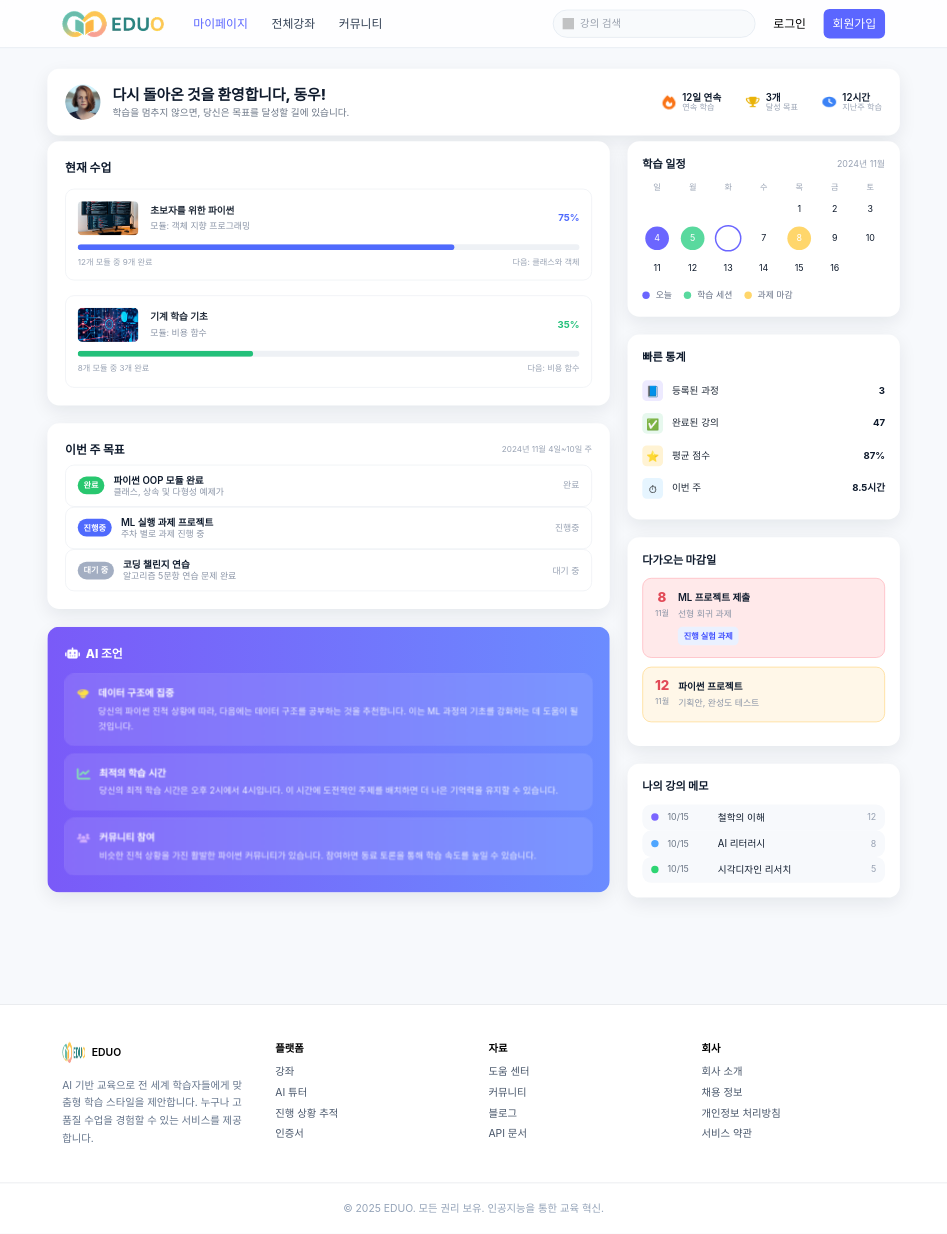
Repository: Iimchaehoon/eduoproject
Page: /mypage (app in client/)
These files come from the project's save history. The page is drawn as it stood at one moment and after the next save; the edit follows.
The browser window is 1280 px wide. The pictures show the whole page, at 74% of full size.
Pictures or frames that could not be fetched are drawn as grey boxes. The project was rebuilt for these pictures with package versions that can differ from the ones it lists, and the page was loaded fresh each time. Also part of the build but not shown: client/vite.config.js, client/src/shared/CourseCard.jsx, client/src/pages/Home.jsx, client/src/pages/Search.jsx, client/src/components/SideChatTabs.jsx, client/src/pages/Course.jsx, client/src/pages/CourseEval.jsx, client/src/pages/Login.jsx and 2 more.

Above is the page before, as saved 2025-10-17 02:02:54.

### client/index.html
<!doctype html>
<html lang="ko">
  <head>
    <meta charset="UTF-8" />
    <meta name="viewport" content="width=device-width, initial-scale=1.0" />
    <title>EDUO</title>
    <link rel="icon" type="image/png" href="/img/main_logo.png" />
    <style>:root{scroll-behavior:smooth}</style>
  </head>
  <body class="bg-skin-base">
    <div id="root"></div>
    <!-- ✅ 절대 한 번만! -->
    <script type="module" src="/src/main.jsx"></script>
  </body>
</html>

### client/src/main.jsx
import { createRoot } from "react-dom/client";
import { createBrowserRouter, RouterProvider } from "react-router-dom";
import App from "./pages/App.jsx";
import Home from "./pages/Home.jsx";
import Search from "./pages/Search.jsx";
import Course from "./pages/Course.jsx";
import CourseEval from "./pages/CourseEval.jsx";
import Login from "./pages/Login.jsx";
import Register from "./pages/Register.jsx";
import MyPage from "./pages/MyPage.jsx";
import Community from "./pages/Community.jsx";
import "./styles/index.css"; // 있으면 유지

const router = createBrowserRouter([
  {
    path: "/",
    element: <App />,
    children: [
      { index: true, element: <Home /> },
      { path: "search", element: <Search /> },
      { path: "course/:slug", element: <Course /> },
      { path: "course/:slug/eval", element: <CourseEval /> }, // ← 404 원인 해결
      { path: "login", element: <Login /> },
      { path: "register", element: <Register /> },
      { path: "mypage", element: <MyPage /> },
      { path: "community", element: <Community /> },
    ],
  },
]);

createRoot(document.getElementById("root")).render(<RouterProvider router={router} />);

### client/src/pages/App.jsx
import { Outlet, useLocation } from "react-router-dom";
import Navbar from "../components/Navbar.jsx";
import Footer from "../components/Footer.jsx";

export default function App() {
  const loc = useLocation();
  return (
    <div className="min-h-screen flex flex-col bg-[#F7F9FC]">
      <Navbar />
      <main className="flex-1"><Outlet key={loc.key} /></main>
      <Footer />
    </div>
  );
}

### client/src/pages/MyPage.jsx
import React from "react";

/** 공통 카드 */
const Card = ({ className = "", children }) => (
  <div
    className={
      "rounded-2xl bg-white shadow-[0_8px_24px_rgba(16,24,40,.08)] " + className
    }
  >
    {children}
  </div>
);

/** 얇은 진행바 */
const Bar = ({ pct, color = "#4F6AFD" }) => (
  <div className="h-[8px] w-full overflow-hidden rounded-full bg-[#EEF1F5]">
    <div
      className="h-full rounded-full"
      style={{ width: pct + "%", background: color }}
    />
  </div>
);

export default function MyPage() {
  return (
    <div className="bg-[#F7F9FC]">
      {/* 상단 환영 영역 */}
      <section className="max-w-[1200px] mx-auto px-6 pt-7 pb-2">
        <Card className="px-6 py-5">
          <div className="flex items-center justify-between">
            {/* 좌측: 인사 */}
            <div className="flex items-center gap-4">
              <img
                src="/img/my_img.png"
                className="h-12 w-12 rounded-full object-cover"
                alt="profile"
              />
              <div>
                <h1 className="text-[20px] font-extrabold text-[#0F1B2D]">
                  다시 돌아온 것을 환영합니다, 동우!
                </h1>
                <p className="text-[13px] text-[#6B7686]">
                  학습을 멈추지 않으면, 당신은 목표를 달성할 길에 있습니다.
                </p>
              </div>
            </div>

            {/* 우측: 3개 작은 지표 */}
            <div className="hidden md:flex items-center gap-8">
              <SmallStat
                icon="/img/fire.png"
                label="12일 연속"
                sub="연속 학습"
              />
              <SmallStat
                icon="/img/tro.png"
                label="3개"
                sub="달성 목표"
              />
              <SmallStat
                icon="/img/clock.png"
                label="12시간"
                sub="지난주 학습"
              />
            </div>
          </div>
        </Card>
      </section>

      {/* 본문 그리드 */}
      <section className="max-w-[1200px] mx-auto px-6 pb-16">
        <div className="grid grid-cols-1 xl:grid-cols-3 gap-6">
          {/* 좌측 2컬럼 */}
          <div className="xl:col-span-2 space-y-6">
            {/* 현재 수업 */}
            <Card className="p-6">
              <div className="mb-4 text-[16px] font-extrabold text-[#0F1B2D]">
                현재 수업
              </div>

              {/* 강좌 1 */}
              <div className="mb-5 rounded-xl border border-[#EEF1F5] p-4">
                <div className="flex items-center gap-4">
                  <img
                    src="/img/edu_pro1.png"
                    className="h-[46px] w-[82px] rounded-md object-cover"
                    alt=""
                  />
                  <div className="flex-1">
                    <div className="text-[13px] font-bold text-[#1F2937]">
                      초보자를 위한 파이썬
                    </div>
                    <div className="mt-0.5 text-[12px] text-[#8A94A6]">
                      모듈: 객체 지향 프로그래밍
                    </div>
                  </div>
                  <div className="text-[13px] font-bold text-[#4F6AFD]">75%</div>
                </div>
                <div className="mt-3">
                  <Bar pct={75} />
                </div>
                <div className="mt-2 flex justify-between text-[11px] text-[#98A2B3]">
                  <span>12개 모듈 중 9개 완료</span>
                  <span>다음: 클래스와 객체</span>
                </div>
              </div>

              {/* 강좌 2 */}
              <div className="rounded-xl border border-[#EEF1F5] p-4">
                <div className="flex items-center gap-4">
                  <img
                    src="/img/edu_pro2.png"
                    className="h-[46px] w-[82px] rounded-md object-cover"
                    alt=""
                  />
                  <div className="flex-1">
                    <div className="text-[13px] font-bold text-[#1F2937]">
                      기계 학습 기초
                    </div>
                    <div className="mt-0.5 text-[12px] text-[#8A94A6]">
                      모듈: 비용 함수
                    </div>
                  </div>
                  <div className="text-[13px] font-bold text-[#23C07A]">35%</div>
                </div>
                <div className="mt-3">
                  <Bar pct={35} color="#23C07A" />
                </div>
                <div className="mt-2 flex justify-between text-[11px] text-[#98A2B3]">
                  <span>8개 모듈 중 3개 완료</span>
                  <span>다음: 비용 함수</span>
                </div>
              </div>
            </Card>

            {/* 이번 주 목표 */}
            <Card className="p-6">
              <div className="mb-2 flex items-center justify-between">
                <div className="text-[16px] font-extrabold text-[#0F1B2D]">
                  이번 주 목표
                </div>
                <div className="text-[11px] text-[#98A2B3]">
                  2024년 11월 4일~10일 주
                </div>
              </div>

              <GoalRow
                status="완료"
                color="#28C76F"
                title="파이썬 OOP 모듈 완료"
                note="클래스, 상속 및 다형성 예제가"
                right="완료"
              />
              <GoalRow
                status="진행중"
                color="#4F6AFD"
                title="ML 실행 과제 프로젝트"
                note="주차 별로 과제 진행 중"
                right="진행중"
              />
              <GoalRow
                status="대기 중"
                color="#A3AEC2"
                title="코딩 챌린지 연습"
                note="알고리즘 5문항 연습 문제 완료"
                right="대기 중"
              />
            </Card>

            {/* AI 조언 (보라 그라데이션 + 3개 반투명 패널) */}
            <Card className="p-0 overflow-hidden">
              <div className="bg-gradient-to-r from-[#7A5AF8] to-[#6B8CFF] p-6">
                <div className="mb-4 flex items-center gap-2">
                  <img src="/img/robot.png" className="h-5 w-5" alt="" />
                  <div className="text-white text-[16px] font-extrabold">
                    AI 조언
                  </div>
                </div>

                {/* 3개 항목 (투명 유리 느낌) */}
                <AICard
                  icon="/img/think.png"
                  title="데이터 구조에 집중"
                  body="당신의 파이썬 진척 상황에 따라, 다음에는 데이터 구조를 공부하는 것을 추천합니다. 이는 ML 과정의 기초를 강화하는 데 도움이 될 것입니다."
                />
                <AICard
                  icon="/img/grap.png"
                  title="최적의 학습 시간"
                  body="당신의 최적 학습 시간은 오후 2시에서 4시입니다. 이 시간에 도전적인 주제를 배치하면 더 나은 기억력을 유지할 수 있습니다."
                />
                <AICard
                  icon="/img/comu.png"
                  title="커뮤니티 참여"
                  body="비슷한 진척 상황을 가진 활발한 파이썬 커뮤니티가 있습니다. 참여하면 동료 토론을 통해 학습 속도를 높일 수 있습니다."
                />
              </div>
            </Card>
          </div>

          {/* 우측 사이드 1컬럼 */}
          <div className="space-y-6">
            {/* 학습 일정(달력) — 크기 타이트하게 */}
            <Card className="p-5">
              <div className="mb-3 flex items-center justify-between">
                <div className="text-[15px] font-extrabold text-[#0F1B2D]">
                  학습 일정
                </div>
                <div className="text-[12px] text-[#98A2B3]">2024년 11월</div>
              </div>

              <MiniCalendar />

              {/* 범례 */}
              <div className="mt-3 flex items-center gap-4">
                <Legend dot="#6B66FF" text="오늘" />
                <Legend dot="#59D99E" text="학습 세션" />
                <Legend dot="#FFD66B" text="과제 마감" />
              </div>
            </Card>

            {/* 빠른 통계 (아이콘 + 색감) */}
            <Card className="p-5">
              <div className="mb-3 text-[15px] font-extrabold text-[#0F1B2D]">
                빠른 통계
              </div>

              <StatRow
                chipBg="#EDEAFF"
                icon="📘"
                label="등록된 과정"
                value="3"
              />
              <StatRow
                chipBg="#E7F8EE"
                icon="✅"
                label="완료된 강의"
                value="47"
              />
              <StatRow
                chipBg="#FFF3D4"
                icon="⭐"
                label="평균 점수"
                value="87%"
              />
              <StatRow
                chipBg="#E6F5FF"
                icon="⏱"
                label="이번 주"
                value="8.5시간"
              />
            </Card>

            {/* 다가오는 마감일 (색상 카드) */}
            <Card className="p-5">
              <div className="mb-3 text-[15px] font-extrabold text-[#0F1B2D]">
                다가오는 마감일
              </div>

              <DueRow
                day="8"
                month="11월"
                title="ML 프로젝트 제출"
                sub="선형 회귀 과제"
                bg="#FFE9EA"
                border="#FFB8BE"
                tagBg="#EAF1FF"
                tagText="진행 실험 과제"
              />
              <DueRow
                day="12"
                month="11월"
                title="파이썬 프로젝트"
                sub="기획안, 완성도 테스트"
                bg="#FFF7E8"
                border="#FFD98E"
                tagBg="#FFF0DA"
                tagText=""
              />
            </Card>

            {/* 나의 강의 메모 (색상 라인) */}
            <Card className="p-5">
              <div className="mb-3 text-[15px] font-extrabold text-[#0F1B2D]">
                나의 강의 메모
              </div>

              <MemoRow dot="#7B66FF" date="10/15" title="철학의 이해" count="12" />
              <MemoRow dot="#4FA6FF" date="10/15" title="AI 리터러시" count="8" />
              <MemoRow dot="#2ED573" date="10/15" title="시각디자인 리서치" count="5" />
            </Card>
          </div>
        </div>
      </section>
    </div>
  );
}

/* ---------- 소형 컴포넌트들 ---------- */

function SmallStat({ icon, label, sub }) {
  return (
    <div className="flex items-center gap-2">
      <img src={icon} className="h-5 w-5" alt="" />
      <div className="leading-tight">
        <div className="text-[13px] font-semibold text-[#0F1B2D]">{label}</div>
        <div className="text-[11px] text-[#98A2B3]">{sub}</div>
      </div>
    </div>
  );
}

function GoalRow({ status, color, title, note, right }) {
  return (
    <div className="flex items-center gap-3 rounded-xl border border-[#EEF1F5] px-4 py-3 +not-first:mt-3">
      <span
        className="inline-flex h-6 shrink-0 items-center justify-center rounded-full px-2 text-[11px] font-semibold text-white"
        style={{ background: color }}
      >
        {status}
      </span>
      <div className="flex-1 leading-tight">
        <div className="text-[13px] font-semibold text-[#0F1B2D]">{title}</div>
        <div className="text-[12px] text-[#8A94A6]">{note}</div>
      </div>
      <div className="text-[12px] text-[#98A2B3]">{right}</div>
    </div>
  );
}

function AICard({ icon, title, body }) {
  return (
    <div className="mt-3 rounded-xl bg-white/10 p-4 ring-1 ring-white/15 backdrop-blur-[2px]">
      <div className="flex items-start gap-3">
        <img src={icon} className="mt-0.5 h-[18px] w-[18px]" alt="" />
        <div>
          <div className="text-[13px] font-semibold text-white">{title}</div>
          <div className="mt-1 text-[12px] leading-5 text-white/90">{body}</div>
        </div>
      </div>
    </div>
  );
}

function Legend({ dot, text }) {
  return (
    <div className="flex items-center gap-2 text-[12px] text-[#667085]">
      <span
        className="h-2.5 w-2.5 rounded-full"
        style={{ background: dot }}
      />
      {text}
    </div>
  );
}

function MiniCalendar() {
  const head = ["일", "월", "화", "수", "목", "금", "토"];
  const days = [
    "", "", "", "", "1", "2", // 1주
    "3", "4", "5", "6", "7", "8", "9",
    "10", "11", "12", "13", "14", "15", "16",
  ];
  return (
    <div className="select-none">
      <div className="grid grid-cols-7 gap-2 text-center text-[11px] text-[#98A2B3]">
        {head.map((d) => (
          <div key={d}>{d}</div>
        ))}
      </div>
      <div className="mt-1 grid grid-cols-7 gap-2 text-center">
        {days.map((d, i) => {
          // 강조일(피그마 샘플: 4,5,8은 색 원, 6은 파랑원)
          const dot =
            d === "4"
              ? "bg-[#6B66FF]"
              : d === "5"
              ? "bg-[#59D99E]"
              : d === "8"
              ? "bg-[#FFD66B]"
              : d === "6"
              ? "ring-2 ring-[#6B66FF]"
              : "";

        return (
          <div
            key={i}
            className={
              "h-8 rounded-full text-[12px] leading-8 " +
              (dot ? "text-white " : "text-[#0F1B2D] ")
            }
          >
            <div
              className={
                "mx-auto h-8 w-8 rounded-full " +
                (dot.includes("ring") ? dot : dot ? dot : "")
              }
            >
              <span className="inline-block h-8 w-8 rounded-full align-middle">
                {d}
              </span>
            </div>
          </div>
        );
        })}
      </div>
    </div>
  );
}

function StatRow({ chipBg, icon, label, value }) {
  return (
    <div className="flex items-center justify-between py-2">
      <div className="flex items-center gap-3">
        <span
          className="inline-flex h-7 w-7 items-center justify-center rounded-md text-[14px]"
          style={{ background: chipBg }}
          aria-hidden
        >
          {icon}
        </span>
        <span className="text-[13px] text-[#1F2937]">{label}</span>
      </div>
      <span className="text-[13px] font-bold text-[#0F1B2D]">{value}</span>
    </div>
  );
}

function DueRow({ day, month, title, sub, bg, border, tagBg, tagText }) {
  return (
    <div
      className="mb-3 rounded-xl border p-4"
      style={{ background: bg, borderColor: border }}
    >
      <div className="flex items-start gap-3">
        <div className="text-center">
          <div className="text-[18px] font-extrabold text-[#E24A57] leading-none">
            {day}
          </div>
          <div className="text-[11px] text-[#8A94A6] mt-1">{month}</div>
        </div>
        <div className="flex-1">
          <div className="text-[13px] font-semibold text-[#0F1B2D]">{title}</div>
          <div className="text-[12px] text-[#8A94A6] mt-1">{sub}</div>
          {tagText ? (
            <div
              className="mt-2 inline-flex rounded-md px-2 py-1 text-[11px] font-semibold text-[#4251FF]"
              style={{ background: tagBg }}
            >
              {tagText}
            </div>
          ) : null}
        </div>
      </div>
    </div>
  );
}

function MemoRow({ dot, date, title, count }) {
  return (
    <div className="flex items-center gap-3 rounded-xl bg-[#F7F9FC] px-3 py-2 +not-first:mt-2">
      <span className="h-2.5 w-2.5 rounded-full" style={{ background: dot }} />
      <span className="w-[56px] text-[12px] text-[#6B7686]">{date}</span>
      <span className="flex-1 text-[13px] text-[#0F1B2D]">{title}</span>
      <span className="text-[12px] text-[#98A2B3]">{count}</span>
    </div>
  );
}

### client/src/styles/index.css
/* src/styles/index.css */

/* Tailwind 사용 중이면 이 세 줄 유지 */
@tailwind base;
@tailwind components;
@tailwind utilities;

/* 프로젝트 공통 스타일(선택) */
:root {
  --ring: #e5e7eb;
}

body {
  -webkit-font-smoothing: antialiased;
  -moz-osx-font-smoothing: grayscale;
}

/* 버튼 프리셋(이미 있다면 생략 가능) */
.btn { @apply inline-flex items-center justify-center rounded-lg px-4 h-10 text-sm font-semibold; }
.btn-primary { @apply bg-[#2C6BFF] text-white hover:brightness-110; }
.btn-ghost { @apply text-slate-700 hover:bg-slate-100; }

/* 경계색(피그마 톤) */
.border-skin-ring { border-color: var(--ring); }

### client/src/components/Navbar.jsx
import { Link, NavLink } from "react-router-dom";

export default function Navbar() {
  const Item = ({ to, children }) => (
    <NavLink
      to={to}
      className={({ isActive }) =>
        `px-3 py-2 rounded-lg hover:bg-slate-100 ${isActive ? "text-[#5B66FF]" : "text-slate-700"}`
      }
    >
      {children}
    </NavLink>
  );
  return (
    <header className="bg-white/80 backdrop-blur sticky top-0 z-50 border-b border-slate-200">
      <div className="max-w-6xl mx-auto px-5 h-16 flex items-center gap-6">
        <Link to="/" className="flex items-center gap-2">
          {/* 비율 유지 + 사이즈 키움 */}
          <img
            src="/img/main_logo.png"
            alt="EDUO"
            className="h-8 sm:h-10 w-auto object-contain"
            draggable={false}
          />
          <span className="sr-only">EDUO</span>
        </Link>

        <nav className="hidden md:flex items-center gap-2">
          <Item to="/mypage">마이페이지</Item>
          <Item to="/search">전체강좌</Item>
          <Item to="/community">커뮤니티</Item>
        </nav>

        <div className="ml-auto flex items-center gap-3">
          <div className="hidden md:flex items-center gap-2 rounded-full bg-slate-50 border border-slate-200 px-3 py-2">
            <img src="/img/search.png" className="w-4 h-4 opacity-60" alt="" />
            <input placeholder="강의 검색" className="bg-transparent outline-none text-sm w-56" />
          </div>
          <Link to="/login" className="px-3 py-2 rounded-lg hover:bg-slate-100">로그인</Link>
          <Link to="/register" className="px-3 py-2 rounded-lg bg-[#5B66FF] text-white">회원가입</Link>
        </div>
      </div>
    </header>
  );
}

### client/src/components/Footer.jsx
export default function Footer(){
  return (
    <footer className="border-t border-skin-ring bg-white mt-20">
      <div className="max-w-6xl mx-auto px-5 py-12 grid md:grid-cols-4 gap-10 text-sm">
        <div>
          <div className="flex items-center gap-2 mb-4">
            <img src="/img/main_logo.png" className="h-8 w-8 rounded-full" alt="" />
            <div className="font-semibold">EDUO</div>
          </div>
          <p className="text-slate-500 leading-6">AI 기반 교육으로 전 세계 학습자들에게 맞춤형 학습 스타일을 제안합니다. 누구나 고품질 수업을 경험할 수 있는 서비스를 제공합니다.</p>
        </div>
        <div>
          <div className="font-semibold mb-3">플랫폼</div>
          <ul className="space-y-2 text-slate-600">
            <li>강좌</li><li>AI 튜터</li><li>진행 상황 추적</li><li>인증서</li>
          </ul>
        </div>
        <div>
          <div className="font-semibold mb-3">자료</div>
          <ul className="space-y-2 text-slate-600">
            <li>도움 센터</li><li>커뮤니티</li><li>블로그</li><li>API 문서</li>
          </ul>
        </div>
        <div>
          <div className="font-semibold mb-3">회사</div>
          <ul className="space-y-2 text-slate-600">
            <li>회사 소개</li><li>채용 정보</li><li>개인정보 처리방침</li><li>서비스 약관</li>
          </ul>
        </div>
      </div>
      <div className="text-center text-slate-400 text-sm py-6 border-t border-skin-ring">© 2025 EDUO. 모든 권리 보유. 인공지능을 통한 교육 혁신.</div>
    </footer>
  )
}

Loaded but not shown: client/tailwind.config.js (36 lines, source omitted)

After the next save:
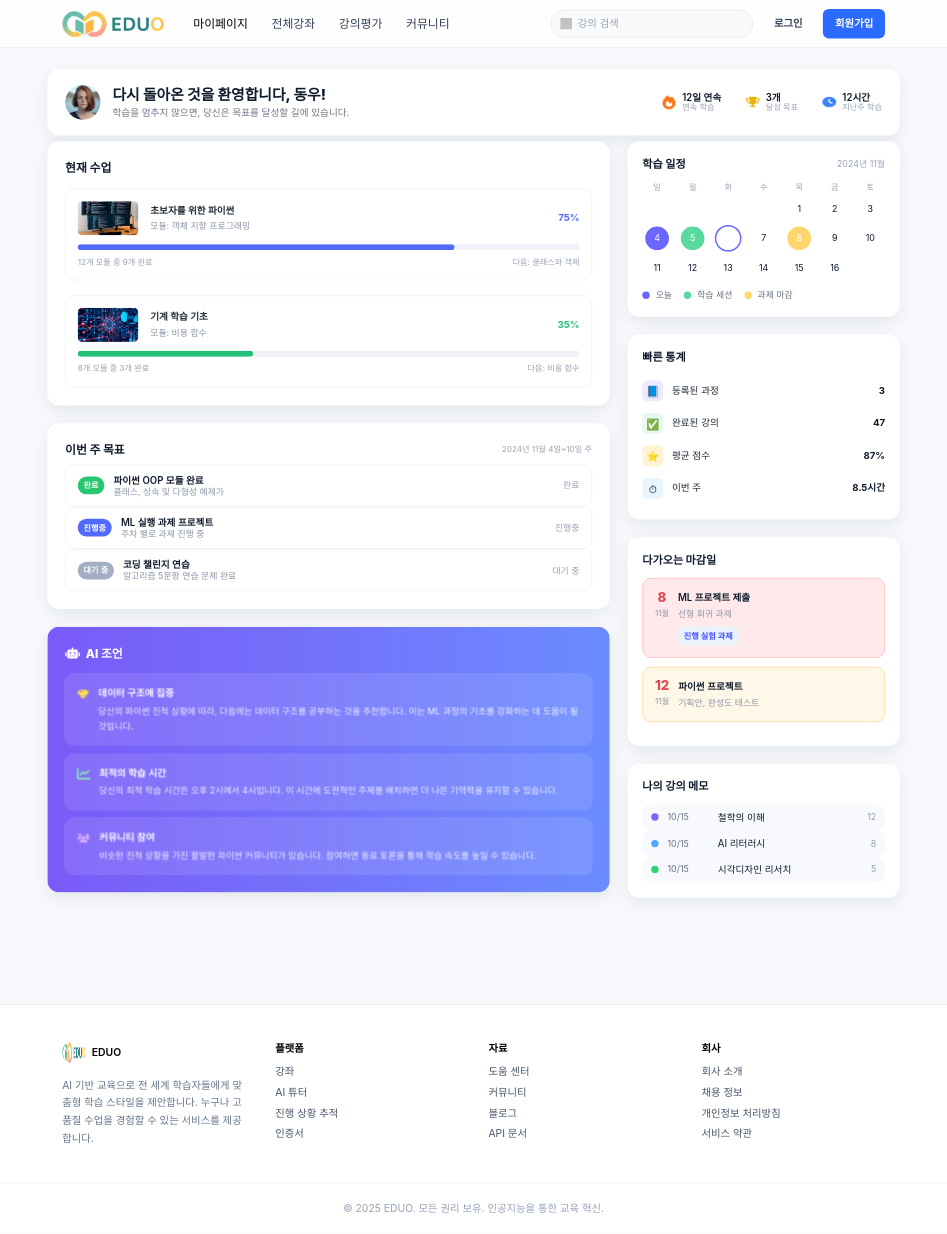
Saved 17 s later.
--- a/client/src/components/Navbar.jsx
+++ b/client/src/components/Navbar.jsx
@@ -1,21 +1,23 @@
 import { Link, NavLink } from "react-router-dom";
 
+const Item = ({ to, children }) => (
+  <NavLink
+    to={to}
+    className={({ isActive }) =>
+      `px-3 py-2 rounded-lg hover:bg-slate-100 ${
+        isActive ? "text-primary" : "text-slate-700"
+      }`
+    }
+  >
+    {children}
+  </NavLink>
+);
+
 export default function Navbar() {
-  const Item = ({ to, children }) => (
-    <NavLink
-      to={to}
-      className={({ isActive }) =>
-        `px-3 py-2 rounded-lg hover:bg-slate-100 ${isActive ? "text-[#5B66FF]" : "text-slate-700"}`
-      }
-    >
-      {children}
-    </NavLink>
-  );
   return (
-    <header className="bg-white/80 backdrop-blur sticky top-0 z-50 border-b border-slate-200">
+    <header className="bg-white/80 backdrop-blur sticky top-0 z-50 border-b border-skin-ring">
       <div className="max-w-6xl mx-auto px-5 h-16 flex items-center gap-6">
         <Link to="/" className="flex items-center gap-2">
-          {/* 비율 유지 + 사이즈 키움 */}
           <img
             src="/img/main_logo.png"
             alt="EDUO"
@@ -28,16 +30,20 @@ export default function Navbar() {
         <nav className="hidden md:flex items-center gap-2">
           <Item to="/mypage">마이페이지</Item>
           <Item to="/search">전체강좌</Item>
+          <Item to="/course-eval">강의평가</Item> {/* ✅ 복구 */}
           <Item to="/community">커뮤니티</Item>
         </nav>
 
         <div className="ml-auto flex items-center gap-3">
-          <div className="hidden md:flex items-center gap-2 rounded-full bg-slate-50 border border-slate-200 px-3 py-2">
+          <div className="hidden md:flex items-center gap-2 rounded-full bg-slate-50 border border-skin-ring px-3 py-2">
             <img src="/img/search.png" className="w-4 h-4 opacity-60" alt="" />
-            <input placeholder="강의 검색" className="bg-transparent outline-none text-sm w-56" />
+            <input
+              placeholder="강의 검색"
+              className="bg-transparent outline-none text-sm w-56"
+            />
           </div>
-          <Link to="/login" className="px-3 py-2 rounded-lg hover:bg-slate-100">로그인</Link>
-          <Link to="/register" className="px-3 py-2 rounded-lg bg-[#5B66FF] text-white">회원가입</Link>
+          <Link to="/login" className="btn btn-ghost">로그인</Link>
+          <Link to="/register" className="btn btn-primary">회원가입</Link>
         </div>
       </div>
     </header>
